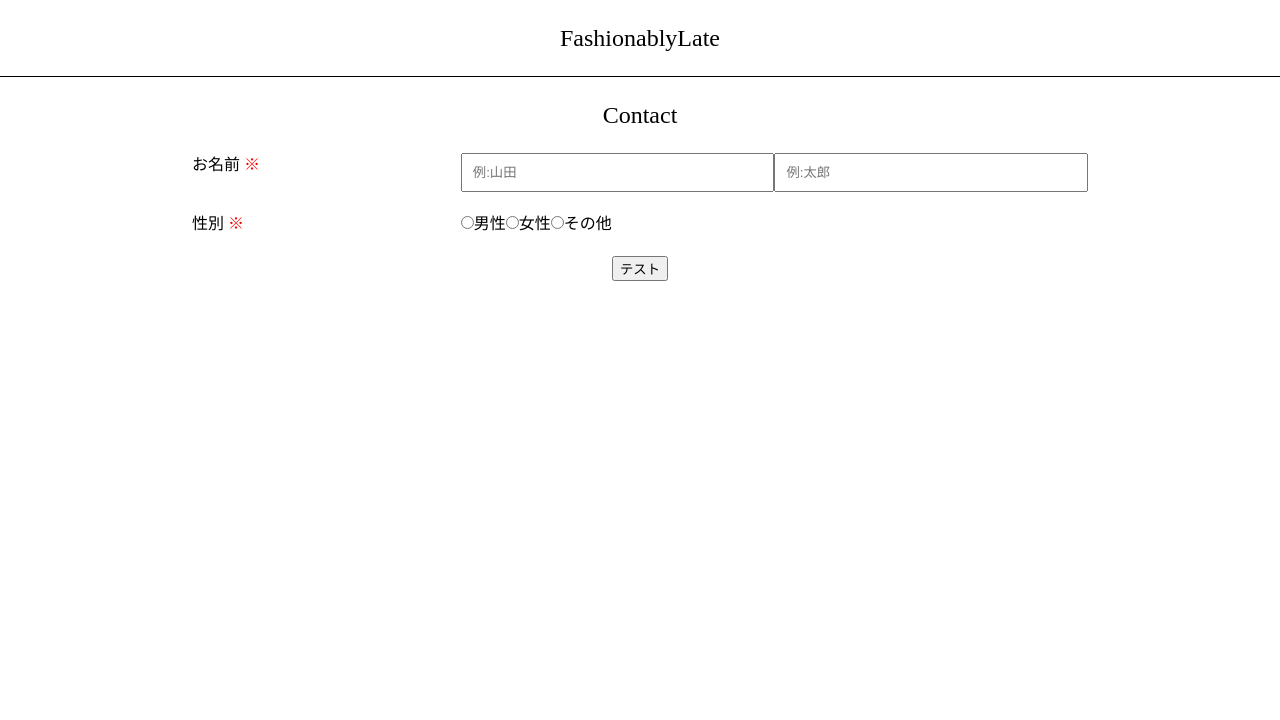
Repository: mayu-ya/test_form
Page: http://localhost/
An editor plug-in stored every save of this project. The page is shown before and after the next save, followed by the edit.
The browser window is 1280 px wide. The pictures show the whole page.
The page is served by the project's Laravel application, run on PHP 8.4 with Laravel 8. Queries for data that is not in the repository find no rows.

Above is the page before, as saved 2026-01-24 00:00:46.

After the next save:
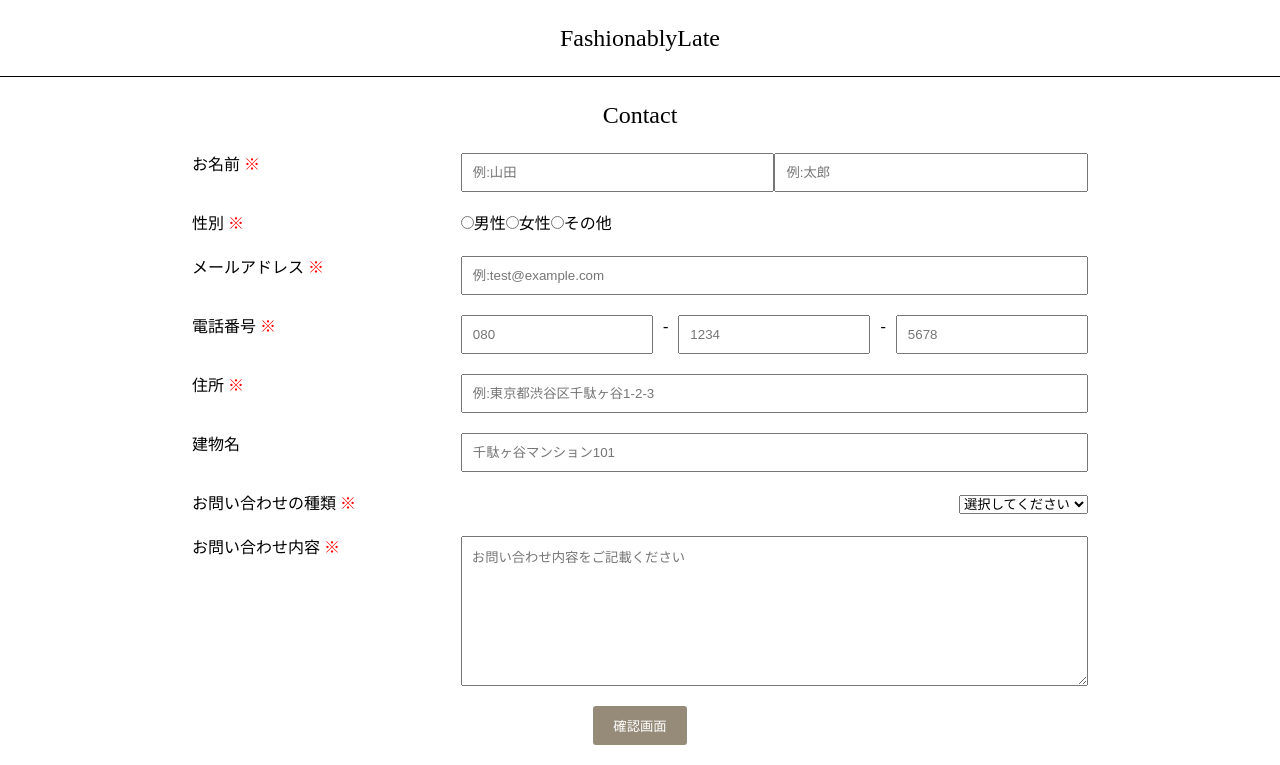
Saved 17 min 58 s later.
--- a/src/resources/views/index.blade.php
+++ b/src/resources/views/index.blade.php
@@ -62,7 +62,7 @@
         </div>
 
 
-        {{-- <div class="form__group">
+        <div class="form__group">
             <div class="form__group-item">
                 <span class="form__item">メールアドレス</span>
                 <span class="form__required">※</span>
@@ -164,9 +164,5 @@
             <button class="form__group-button-submit" type="submit">確認画面</button>
         </div>
     </form>
-</div> --}}
-
-<button popovertarget="test">テスト</button>
-<div id="test" popover>表示されました！</div>
-
+</div>
 @endsection
